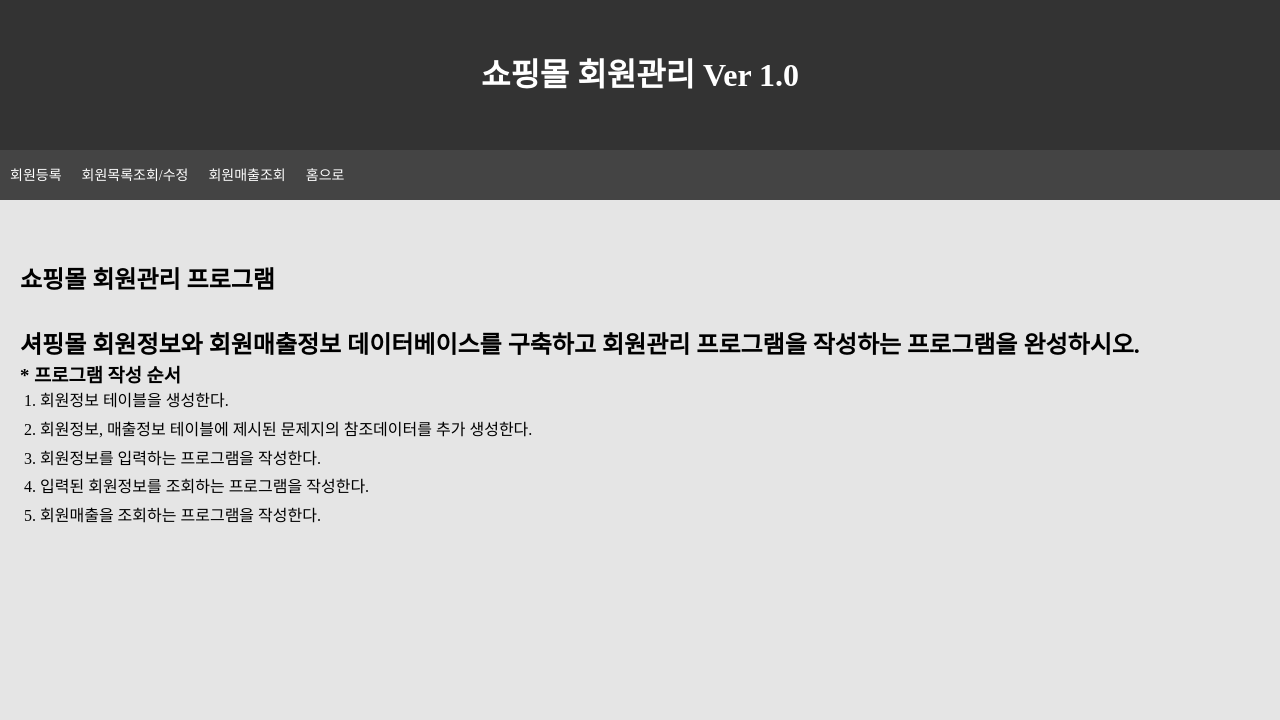
Repository: jeongbin5211/shop_jsp_project
Page: http://localhost/HRD_003/
These files come from the project's save history. The page is drawn as it stood at one moment and after the next save; the edit follows.
The browser window is 1280 px wide. The pictures show the whole page.
The page is served by Tomcat 9. Other server files are loaded and not shown.

Above is the page before, as saved 2023-12-27 15:54:06.

### source/HRD_003/src/main/webapp/index.jsp
<%@ page language="java" contentType="text/html; charset=UTF-8"
    pageEncoding="UTF-8"%>
<!DOCTYPE html>
<html>
<head>
<meta charset="UTF-8">
<title>홈쇼핑 회원관리 시스템</title>
<link href="css/style.css" rel="stylesheet">
</head>
<body>
	<%@ include file="include/header.jsp" %>
	<section>
		<h1>쇼핑몰 회원관리 프로그램</h1>
		<div class="main">
			<h2>셔핑몰 회원정보와 회원매출정보 데이터베이스를 구축하고 회원관리 프로그램을 작성하는 프로그램을 완성하시오.</h2>
			<h3>* 프로그램 작성 순서</h3>
			<ol>
				<li>회원정보 테이블을 생성한다.</li>
				<li>회원정보, 매출정보 테이블에 제시된 문제지의 참조데이터를 추가 생성한다.</li>
				<li>회원정보를 입력하는 프로그램을 작성한다.</li>
				<li>입력된 회원정보를 조회하는 프로그램을 작성한다.</li>
				<li>회원매출을 조회하는 프로그램을 작성한다.</li>
			</ol>
		</div>
	</section>

</body>
</html>

### source/HRD_003/src/main/webapp/include/header.jsp
<%@ page language="java" contentType="text/html; charset=UTF-8"
    pageEncoding="UTF-8"%>
<header>
	<h1>쇼핑몰 회원관리 Ver 1.0</h1>
	<nav>
		<ul>
			<li>
				<a href="add.jsp">회원등록</a>
			</li>
			<li>
				<a href="list.jsp">회원목록조회/수정</a>
			</li>
			<li>
				<a href="result.jsp">회원매출조회</a>
			</li>
			<li>
				<a href="index.jsp">홈으로</a>
			</li>
		</ul>
	</nav>
</header>

### source/HRD_003/src/main/webapp/css/style.css
@charset "UTF-8";

	* {
		margin: 0;
		padding: 0;
		box-sizing: border-box;
	}

	a {
		color: #fff;
		text-decoration: none;
		font-size: 14px;
	}

	header {
		background-color: #333;
	}

	header h1 {
		text-align: center;
		color: #fff;
		height: 150px;
		line-height: 150px;
	}

	header nav {
		background-color: #444;
		height: 50px;
		line-height: 50px;
	}

	header ul {
		list-style: none;
		display: flex;
	}

	header ul li {
		margin: 0 10px;
	}

	.container {
		width: 600px;
		margin: 0 auto;
	}

	section {
		height: calc(100vh - 150px - 50px);
		background-color: #e5e5e5;
		padding: 30px 20px;
	}

	section h1 {
		padding: 30px 0;
	}

	section ol {
		margin-left: 20px;
		line-height: 1.8;
	}

	table {
		width: 100%;
		border-collapse: collapse;
	}

	th, td {
		padding: 5px;
		border: 1px solid #333;
	}

	input[type=text] {
		padding: 5px;
	}

	tr:last-child {
		text-align: center;
	}

	footer {
		background-color: #333;
		height: 50px;
		line-height: 50px;
	}

	footer p {
		text-align: center;
		color: #fff;
	}

### source/HRD_003/src/main/webapp/include/footer.jsp
<%@ page language="java" contentType="text/html; charset=UTF-8"
    pageEncoding="UTF-8"%>
<footer>
	<p>HRDKOREA Copyright&copy;2016 All rights reserved. Human Resources Development Service of Korea.</p>
</footer>

After the next save:
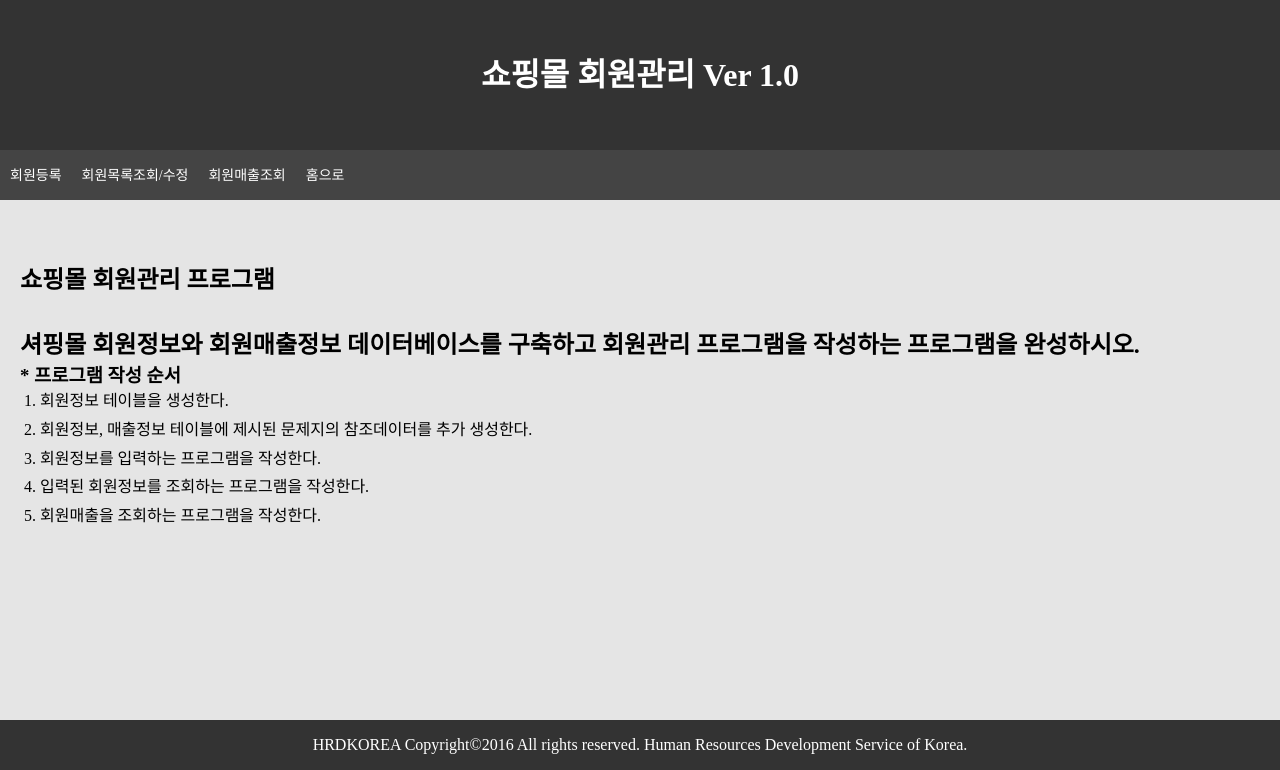
Saved 24 s later.
--- a/source/HRD_003/src/main/webapp/index.jsp
+++ b/source/HRD_003/src/main/webapp/index.jsp
@@ -23,6 +23,6 @@
 			</ol>
 		</div>
 	</section>
-
+	<%@ include file="include/footer.jsp" %>
 </body>
 </html>
